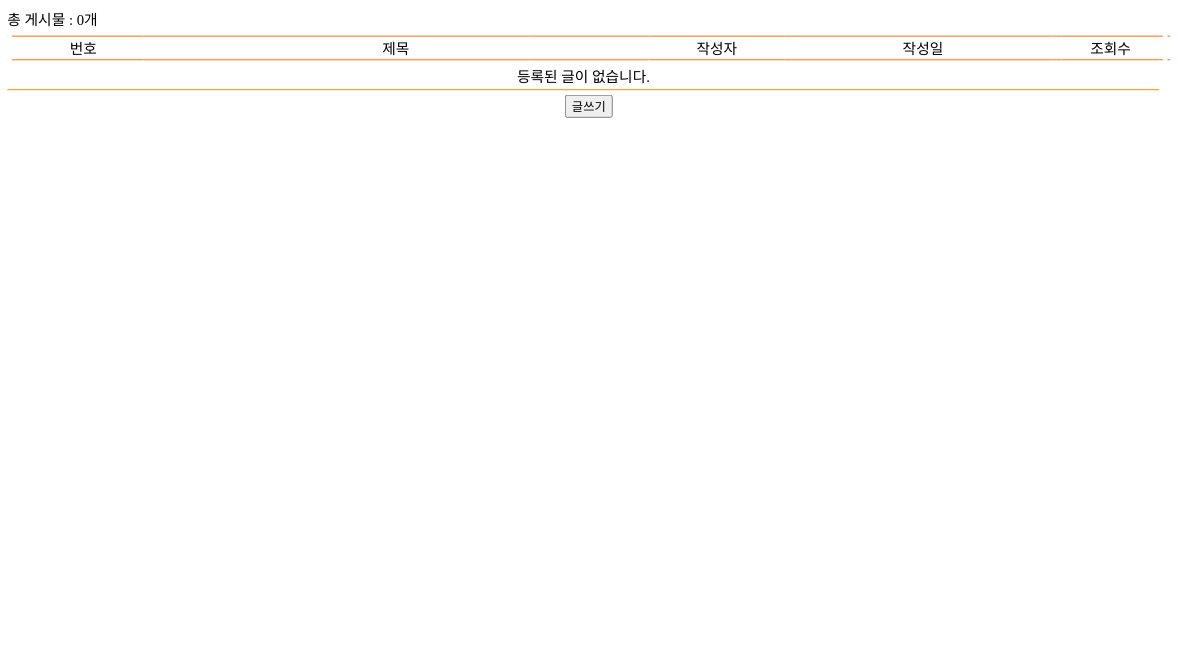
Repository: nohyoonko/2017-2-WP-Tourmate
Page: http://localhost/Tourmate/여행_후기.jsp
An editor plug-in stored every save of this project. The page is shown before and after the next save, followed by the edit.
The browser window is 1280 px wide. The pictures show the whole page, at 92% of full size.
The page is served by Tomcat 9. Other server files are loaded and not shown. Queries for data that is not in the repository find no rows.

Above is the page before, as saved 2017-12-05 03:02:17.

### eclipse-workspace/Tourmate/WebContent/여행_후기.jsp
<%@ page language="java" contentType="text/html; charset=utf-8"
    pageEncoding="utf-8"%>
<%@ page import="java.sql.*" %>
<!DOCTYPE html PUBLIC "-//W3C//DTD HTML 4.01 Transitional//EN" "http://www.w3.org/TR/html4/loose.dtd">
<html>
 <head>
 <title>투어메이트</title>
 </head>
 <body>
 <%
 	Class.forName("com.mysql.jdbc.Driver");
	String url = "jdbc:mysql://localhost:3306/trip";
	String id = "root";
	String pass = "5576";
	int total = 0;

	try {
		Connection conn = DriverManager.getConnection(url, id, pass);
		Statement stmt = conn.createStatement();

		String sqlCount = "SELECT COUNT(*) FROM trip";
		ResultSet rs = stmt.executeQuery(sqlCount);

		if(rs.next()){
			total = rs.getInt(1);
		}
		rs.close();
		out.print("총 게시물 : " + total + "개");

		String sqlList = "SELECT NUM, USERNAME, TITLE, TIME, HIT, INDENT from trip order by REF DESC, STEP ASC";
		rs = stmt.executeQuery(sqlList);

%>
<table width="100%" cellpadding="0" cellspacing="0" border="0">
  <tr height="5"><td width="5"></td></tr>
 <tr style="background:url('2_trip/table_mid.gif') repeat-x; text-align:left;">
   <td width="10"><img src="2_trip/table_left.gif" width="5" height="30" /></td>
   <td align="center" width="70">번호</td>
   <td align="center" width="300">제목</td>
   <td align="center" width="80">작성자</td>
   <td align="center" width="164">작성일</td>
   <td align="center" width="58">조회수</td>
   <td align="center" width="7"><img src="2_trip/table_right.gif" width="5" height="30" /></td>
  </tr>
<%
	if(total==0) {
%>
	 		<tr align="center" bgcolor="#FFFFFF" height="30">
	 	   <td colspan="6">등록된 글이 없습니다.</td>
	 	  </tr>
<%
	 	} else {

		while(rs.next()) {
			int idx = rs.getInt(1);
			String name = rs.getString(2);
			String title = rs.getString(3);
			String time = rs.getString(4);
			int hit = rs.getInt(5);
			int indent = rs.getInt(6);

%>
<tr height="25" align="center">
	<td>&nbsp;</td>
	<td align="center"><%=idx %></td>
	<td align="left">
	<%

	for(int j=0;j<indent;j++){
%>		&nbsp;&nbsp;&nbsp;<%
	}
	if(indent!=0){
%>		<img src='2_trip/reply_icon.gif' />
<%
	}
%>
	<a href="여행_후기_view.jsp?idx=<%=idx%>"><%=title %></a></td>
	<td align="center"><%=name %></td>
	<td align="center"><%=time %></td>
	<td align="center"><%=hit %></td>
	<td>&nbsp;</td>
</tr>
  <tr height="1" bgcolor="#D2D2D2"><td colspan="6"></td></tr>
<%
		}
	}
	rs.close();
	stmt.close();
	conn.close();
} catch(SQLException e) {
	out.println( e.toString() );
}
%>
 <tr height="1" bgcolor="#FF8000"><td colspan="6" width="752"></td></tr>
 </table>

<table width="100%" cellpadding="0" cellspacing="0" border="0">
  <tr><td colspan="4" height="5"></td></tr>
  <tr align="center">
   <td><input type="button" value="글쓰기" OnClick="window.location='여행_후기_write.jsp'"></td>
  </tr>
</table>
</body>
</html>

### eclipse-workspace/Tourmate/WebContent/Footer.jsp
<%@ page language="java" contentType="text/html; charset=UTF-8"
    pageEncoding="UTF-8"%>
<!DOCTYPE html PUBLIC "-//W3C//DTD HTML 4.01 Transitional//EN" "http://www.w3.org/TR/html4/loose.dtd">
<html>
<head>
	<meta http-equiv="Content-Type" content="text/html; charset=UTF-8">
	<title>투어메이트</title>
    <style>
        div { font-family: "함초롬돋움"; }

       div.footer{
         width:99%;
         height:220px;
         float:left;
         background-color:#FF8000;
         color:white;
         text-align:center;
         padding-top:10px;
      }
      div.promise{
         width:20%;
         float:left;
         height:140px;
         background-color:#FF8000;
         color:white;
         font-size:15px;
         text-align:center;
         padding-top:5px;
         padding-left:55px;
      }
      div.footer2{
         width:45%;
         height:40px;
         float:left;
         font-size:28px;
         background-color:#FF8000;
         color:white;
         text-align:center;
         padding-top:5px;
         margin-left:2%;
         margin-right:3%;
         margin-top:40px;
      }
      div.footer3{
         width:45%;
         height:35px;
         float:left;
         font-size:28px;
         text-align:center;
         padding-top:4px;
         margin-left:34px;
         margin-right:34px;
      }
      div.footer4{
         width:45%;
         height:150px;
         float:left;
         font-size:18px;
         text-align:center;
         padding-top:15px;
         margin-top:2px;
         margin-left:34px;
         margin-right:34px;
         border-width: 1px;
         border-style : dotted;
         border-color : #FF8000;
      }
      div.footer5{
         width:99%;
         height:170px;
         font-size:15px;
         background-color:#424242;
         color:white;
         float:left;
         text-align:center;
         padding-top:15px;
         margin-top:40px;
      }
       #fo {width:60px; height:60px; padding:10px 70px 5px 70px;}
	</style>
</head>
<body>
       <div class="footer">
         <font size="6">여행자분들에게 약속드립니다.</font><br>
         <div class="promise">
            <img id="fo" src="main/footer 그림1.png"><br>
            수익을 위해 여행자를<br>
            속이며, 잘못된 정보를<br>
            추천하지 않겠습니다.
         </div>
         <div class="promise">
            <img id="fo" src="main/footer 그림2.png"><br>
            자유여행자 분들에게<br>
            꼭 필요한 정보만 엄선하고<br>
            객관성을 유지하겠습니다.
         </div>
         <div class="promise">
            <img id="fo" src="main/footer 그림3.png"><br>
            여행자분들의 제안과<br>
            신고를 흘려버리지 않고<br>
            서비스에 적극 반영하겠습니다.
         </div>
         <div class="promise">
            <img id="fo" src="main/footer 그림4.png"><br>
            여행가기 전에 믿고<br>
            방문할 수 있는 서비스를<br>
            제공하도록 노력하겠습니다.
         </div>
      </div>
      <br>
      <div class="footer2">고객 센터</div>
      <div class="footer2">은행 정보</div>
      <br>
      <div class="footer3">1688-1234</div>
      <div class="footer3">예금주 : (주)투어메이트</div>
      <br>
      <div class="footer4">
         <font color="brown" size="4">근무 시간 안내</font><br><br>
         평일 9:00 ~ 19:00(고객센터)<br>
         토요일 10:00 ~ 16:00(고객센터)<br>
         점심시간 12:00 ~ 13:00<br>
         일요일 및 공휴일은 휴무입니다.<br>
      </div>
      <div class="footer4"><br>
         국민 : 12345-123456<br>
         신한 : 123-456-789012<br>
         하나 : 123-123456-78901<br>
         우리 : 1234-567-890123<br>
      </div>
      <div class="footer5">
         상호명 : 투어메이트 | 대표 : 이주영, 고노윤 | 대표전화 : 1688-1234<br>
         주소 : 서울특별시 중구 필동로 1길 123 | <br>
         사업자 등록 번호 : 123-45-67890 |<br>
         통신판매업신고 : 제2017-1234동-5678호<br>
         이메일 : tourmate@naver.com<br>
         FAX : 123-4567-8901<br><br>
         COPYRIGHT(C) ALL RIGHTS RESERVED.<br>
      </div>
</body>
</html>

After the next save:
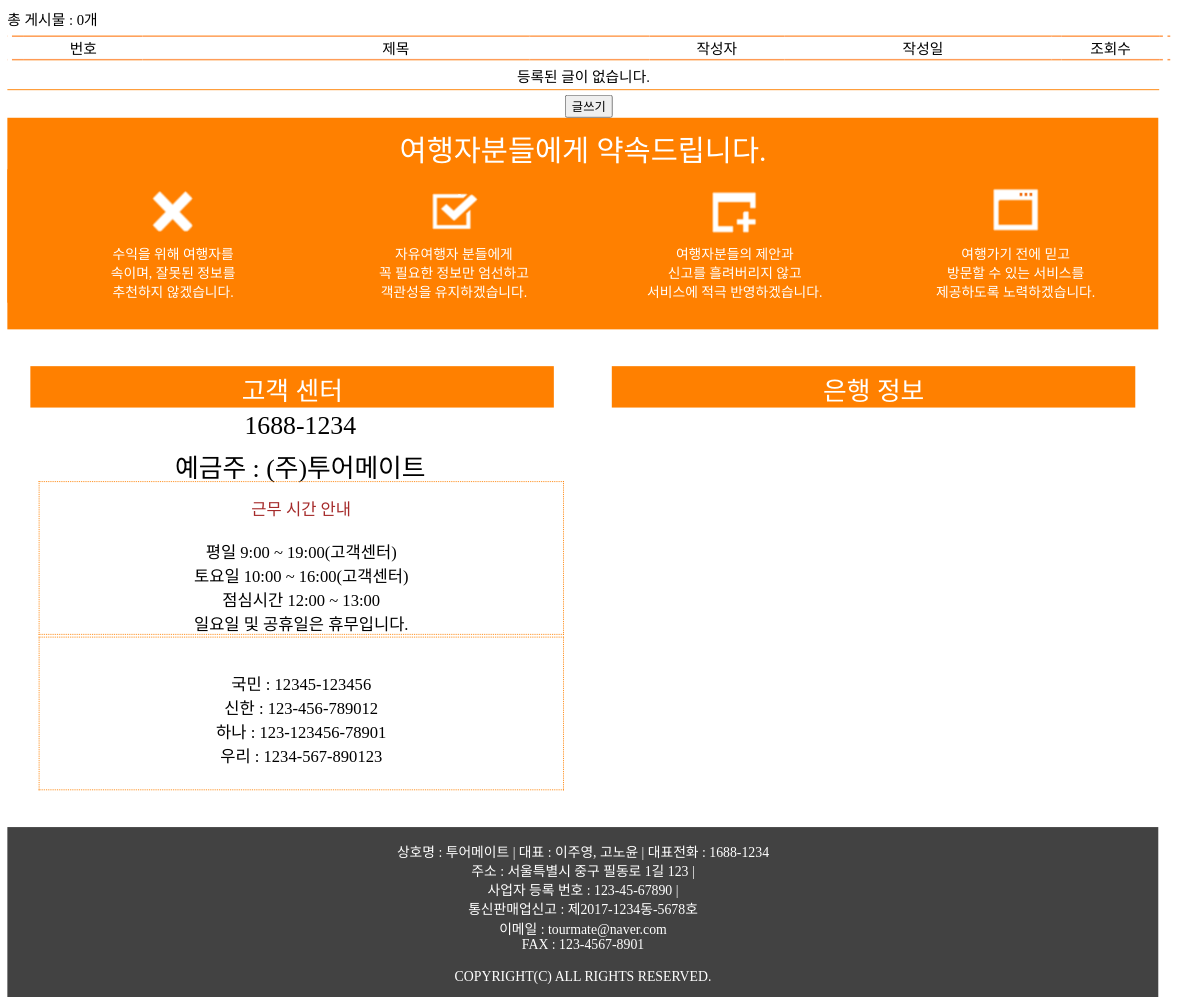
Saved 6 min 25 s later.
--- a/eclipse-workspace/Tourmate/WebContent/여행_후기.jsp
+++ b/eclipse-workspace/Tourmate/WebContent/여행_후기.jsp
@@ -100,5 +100,8 @@
    <td><input type="button" value="글쓰기" OnClick="window.location='여행_후기_write.jsp'"></td>
   </tr>
 </table>
+
+<!-- 회사 정보와 약속을 포함한 Footer.jsp 파일을 include -->
+<jsp:include page="Footer.jsp" flush="false"/>
 </body>
 </html>
